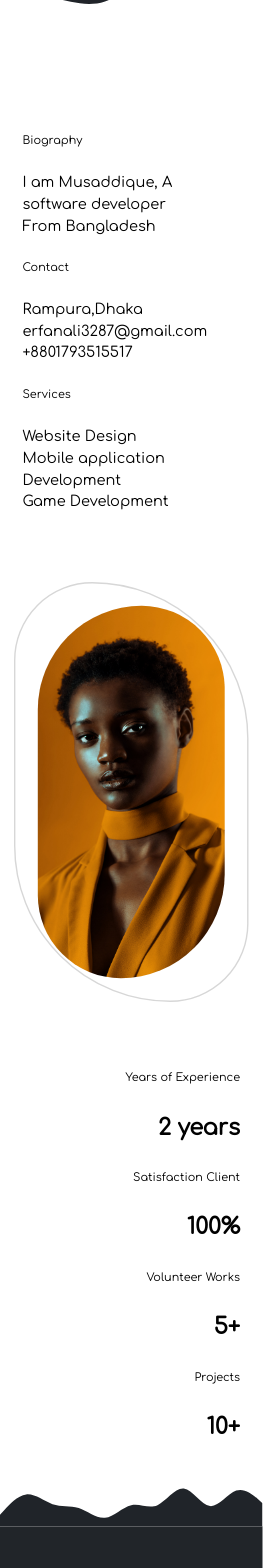
Repository: MMALI3287/Resume
Page: index.html
The author's editor kept a copy of each file at every save. The page is drawn from the files as they stood at one save, then again after a run of saves.
The browser window is 375 px wide. The pictures show the part of the page from y = 838 to 3078 px (the page is 11745 px tall before and 11811 px after), at 70% of full size.
Some web libraries are served in a nearby version.

Above is the page before, as saved 2023-07-16 02:53:06.

### index.html
<!DOCTYPE html>
<html lang="en">
  <head>
    <meta charset="UTF-8" />
    <meta name="viewport" content="width=device-width, initial-scale=1.0" />
    <link rel="stylesheet" href="css/bootstrap.css" />
    <link rel="stylesheet" href="css/style.css" />
    <title>Musaddique Ali - Web Development, Programmer </title>
  <link rel="stylesheet" href="css/style.css" />
  <script src="https://kit.fontawesome.com/03ffe29f8b.js" crossorigin="anonymous"></script>
  <!-- Google tag (gtag.js) -->
<script async src="https://www.googletagmanager.com/gtag/js?id=G-VLNF64TM34"></script>
<script>
  window.dataLayer = window.dataLayer || [];
  function gtag(){dataLayer.push(arguments);}
  gtag('js', new Date());

  gtag('config', 'G-VLNF64TM34');
</script>
  </head>
  <body>
    <div id="header">
      <nav class="navbar navbar-expand-lg position-fixed top-0 w-100">
        <div class="container-fluid">
          <a class="navbar-brand logo text-light" href="#">MrMMALI</a>
          <button
            class="navbar-toggler"
            type="button"
            data-bs-toggle="collapse"
            data-bs-target="#navbarNav"
            aria-controls="navbarNav"
            aria-expanded="false"
            aria-label="Toggle navigation"
          >
            <span class="navbar-toggler-icon"></span>
          </button>
          <div class="collapse navbar-collapse" id="navbarNav">
            <ul class="navbar-nav">
              <li class="nav-item">
                <a
                  class="nav-link active text-light"
                  aria-current="page"
                  href="#"
                  >Home</a
                >
              </li>
              <li class="nav-item">
                <a class="nav-link text-light" href="#portfolio">Portfolio</a>
              </li>
              <li class="nav-item">
                <a class="nav-link text-light" href="#expertise">Expertise</a>
              </li>
              <li class="nav-item">
                <a class="nav-link text-light" href="#about">About</a>
              </li>
              <li class="nav-item">
                <a class="nav-link text-light" href="#serv">Services</a>
              </li>
              <li class="nav-item">
                <a class="nav-link text-light" href="#projects">Projects</a>
              </li>
            </ul>
          </div>
        </div>
        <div class="git rounded-0" >
          <a class="cont" href="#contact">
            Get in touch
          </a>
        </div>
      </nav>
      <div class="land">
        <div class="header-text">
          <p class="mb-0 name">MUSADDIQUE ALI</p>
        </div>
        <div class="subheader">
          <p>Software Developer</p>
        </div>
        <div class="sub">
          <p>
            Hello, my name is MD Musaddique Ali Erfan, Nice to meet you <br />
            I would like to welcome you to my personal portfolio.
          </p>
        </div>
      </div>
    </div>
    <div class="abt">
    <svg xmlns="http://www.w3.org/2000/svg" viewBox="0 100 1440 320">
      <path
        fill="#202429"
        fill-opacity="1"
        d="M0,192L48,197.3C96,203,192,213,288,234.7C384,256,480,288,576,256C672,224,768,128,864,122.7C960,117,1056,203,1152,218.7C1248,235,1344,181,1392,154.7L1440,128L1440,0L1392,0C1344,0,1248,0,1152,0C1056,0,960,0,864,0C768,0,672,0,576,0C480,0,384,0,288,0C192,0,96,0,48,0L0,0Z"
      ></path>
    </svg>
    <div class="container" id="portfolio">
      <div class="row">
        <div class="col-md-3">
          <p class="biog">Biography</p>
          <p class="subtext">
            I am Musaddique, A software developer <br />
            From Bangladesh
          </p>
          <p>Contact</p>
          <p class="subtext">
            Rampura,Dhaka <br />erfanali3287@gmail.com <br />+8801793515517
          </p>
          <p>Services</p>
          <p class="subtext bot">
            Website Design <br />Mobile application Development <br />Game
            Development
          </p>
        </div>
        <div class="col-md-6 capbord">
          <div id="capsule"></div>
        </div>
        <div class="col-md-3">
          <p class="biog text-end">Years of Experience</p>
          <p class="subtext2 text-end">2 years</p>
          <p class="text-end">Satisfaction Client</p>
          <p class="subtext2 text-end">100%</p>
          <p class="text-end">Volunteer Works</p>
          <p class="subtext2 text-end">5+</p>
          <p class="text-end">Projects</p>
          <p class="subtext2 text-end">10+</p>
        </div>
      </div>
    </div>
    <svg xmlns="http://www.w3.org/2000/svg" viewBox="0 0 1440 320"><path fill="#202429" fill-opacity="1" d="M0,256L24,229.3C48,203,96,149,144,144C192,139,240,181,288,197.3C336,213,384,203,432,218.7C480,235,528,277,576,272C624,267,672,213,720,202.7C768,192,816,224,864,202.7C912,181,960,107,1008,112C1056,117,1104,203,1152,208C1200,213,1248,139,1296,122.7C1344,107,1392,149,1416,170.7L1440,192L1440,320L1416,320C1392,320,1344,320,1296,320C1248,320,1200,320,1152,320C1104,320,1056,320,1008,320C960,320,912,320,864,320C816,320,768,320,720,320C672,320,624,320,576,320C528,320,480,320,432,320C384,320,336,320,288,320C240,320,192,320,144,320C96,320,48,320,24,320L0,320Z"></path></svg>

    <div class="advantage bg-dark text-center" id="expertise">
      <div class="container">
        <div class="row">
          <p class="mexp">My Expertise</p>
        </div>
        <div class="row">
          <div class="col-md-2">
            <img
              src="assets/images/c-.png"
              height="100px"
              width="100px"
              alt="c++"
            />
            <br />
            <p class="text-light h1 mb-5 mt-5 fw-bold">91%</p>
            <p class="text-light h5 p-5">C++</p>
          </div>
          <div class="col-md-2">
            <img
              src="assets/images/android-icon.svg"
              height="100px"
              width="100px"
              alt="c++"
            /><br />
            <p class="text-light h1 mb-5 mt-5 fw-bold">84%</p>
            <p class="text-light h5 p-5">Android</p>
          </div>
          <div class="col-md-2">
            <img
              src="assets/images/flutterio-icon.svg"
              height="100px"
              width="100px"
              alt="c++"
            /><br />
            <p class="text-light h1 mb-5 mt-5 fw-bold">78%</p>
            <p class="text-light h5 p-5">Flutter</p>
          </div>
          <div class="col-md-2">
            <img
              src="assets/images/unity.png"
              height="100px"
              width="100px"
              alt="c++"
            /><br />
            <p class="text-light h1 mb-5 mt-5 fw-bold">76%</p>
            <p class="text-light h5 p-5">Unity</p>
          </div>
          <div class="col-md-2">
            <img
              src="assets/images/ADBE.svg"
              height="100px"
              width="100px"
              alt="c++"
            /><br />
            <p class="text-light h1 mb-5 mt-5 fw-bold">83%</p>
            <p class="text-light h5 p-5">Adobe</p>
          </div>
          <div class="col-md-2">
            <img
              src="https://upload.wikimedia.org/wikipedia/commons/0/0e/Microsoft_365_%282022%29.svg"
              height="100px"
              width="100px"
              alt="c++"
            /><br />
            <p class="text-light h1 mb-5 mt-5 fw-bold">94%</p>
            <p class="text-light h5 p-5">Office</p>
          </div>
        </div>
      </div>
    </div>
  </div>

    <svg xmlns="http://www.w3.org/2000/svg" viewBox="0 0 1440 320"><path fill="#202429" fill-opacity="1" d="M0,160L48,181.3C96,203,192,245,288,250.7C384,256,480,224,576,197.3C672,171,768,149,864,165.3C960,181,1056,235,1152,250.7C1248,267,1344,245,1392,234.7L1440,224L1440,0L1392,0C1344,0,1248,0,1152,0C1056,0,960,0,864,0C768,0,672,0,576,0C480,0,384,0,288,0C192,0,96,0,48,0L0,0Z"></path></svg>

    <!-- * about -->
  <div id="about">
    <div class="container">
      <div class="rowc">
        <div class="about-col-1">
          <img src="assets/images/capsule.jpg" alt="user" />
        </div>
        <div class="about-col-2">
          <h2 class="sub-title text-dark">About Me</h2>
          <p class="h5 fw-500">
            I am a software developer. I have been working as a software developer for 6 months. I have
            experience in web development, app development, and UI/UX design. I am a hardworking and
            dedicated person. I am always ready to learn new things.
          </p>
          <div class="tab-titles">
            <p class="tab-links active-link" onclick="opentab('skills')">Skills</p>
            <p class="tab-links" onclick="opentab('experience')"">Experience</p>
              <p class=" tab-links" onclick="opentab('education')"">Education</p>
            </div>
            <div class=" tab-contents active-tab" id="skills">
            <ul>
              <li><span>UI/UX</span><br />Designing Web/App Interface</li>
              <li><span>Web Development</span><br />Web app Development</li>
              <li>
                <span>App Development</span><br />Building Android/iOS apps
              </li>
            </ul>
          </div>
          <div class="tab-contents" id="experience">
            <ul>
              <li>
                <span>2022 - Current</span><br />Software Developer Intern at
                TETON Pvt ltd
              </li>
            </ul>
          </div>
          <div class="tab-contents" id="education">
            <ul>
              <li>
                <span>Current</span><br />BSc. from Ahsanullah University of
                Science and Technology
              </li>
              <li>
                <span>2020</span> <br />
                HSC from Saint Joseph Higher Secondary School and College
              </li>
              <li>
                <span>2018</span><br />SSC from Ideal School and College
              </li>
            </ul>
          </div>
        </div>
      </div>
    </div>
  </div>
  <svg xmlns="http://www.w3.org/2000/svg" id="serv" viewBox="0 0 1440 320"><path fill="#202429" fill-opacity="1" d="M0,224L24,202.7C48,181,96,139,144,138.7C192,139,240,181,288,197.3C336,213,384,203,432,218.7C480,235,528,277,576,282.7C624,288,672,256,720,224C768,192,816,160,864,160C912,160,960,192,1008,181.3C1056,171,1104,117,1152,122.7C1200,128,1248,192,1296,197.3C1344,203,1392,149,1416,122.7L1440,96L1440,320L1416,320C1392,320,1344,320,1296,320C1248,320,1200,320,1152,320C1104,320,1056,320,1008,320C960,320,912,320,864,320C816,320,768,320,720,320C672,320,624,320,576,320C528,320,480,320,432,320C384,320,336,320,288,320C240,320,192,320,144,320C96,320,48,320,24,320L0,320Z"></path></svg>


  <!-- * services -->
  <div id="services">
    <div class="container">
      <h2 class="sub-title">My Services</h2>
      <div class="services-list">
        <div>
          <i class="fa-solid fa-crop"></i>
          <h2>Game Development</h2>
          <p>
            Game Development is the art of creating captivating and immersive interactive experiences. It combines technical expertise, artistic creativity, and player psychology to craft unforgettable games.
          </p>
          <a href="https://www.freecodecamp.org/news/what-is-game-development/">Learn more</a>
        </div>
        <div>
          <i class="fa-solid fa-code"></i>
          <h2>Web Development</h2>
          <p>
            Web Development is the process of creating a website for the internet. It is a process of creating a website for the internet.
          </p>
          <a href="https://brainstation.io/career-guides/what-is-web-development">Learn more</a>
        </div>
        <div>
          <i class="fa-solid fa-mobile-screen"></i>
          <h2>App Development</h2>
          <p>
            App Development is the process of creating a mobile application for smartphones and tablets. It is a process of creating a mobile application for smartphones and tablets.
          </p>
          <a href="https://orases.com/what-is-app-development/">Learn more</a>
        </div>
      </div>
    </div>
  </div>
<svg xmlns="http://www.w3.org/2000/svg" id="projects" viewBox="0 0 1440 320"><path fill="#202429" fill-opacity="1" d="M0,256L24,234.7C48,213,96,171,144,170.7C192,171,240,213,288,224C336,235,384,213,432,213.3C480,213,528,235,576,224C624,213,672,171,720,149.3C768,128,816,128,864,122.7C912,117,960,107,1008,138.7C1056,171,1104,245,1152,261.3C1200,277,1248,235,1296,208C1344,181,1392,171,1416,165.3L1440,160L1440,0L1416,0C1392,0,1344,0,1296,0C1248,0,1200,0,1152,0C1104,0,1056,0,1008,0C960,0,912,0,864,0C816,0,768,0,720,0C672,0,624,0,576,0C528,0,480,0,432,0C384,0,336,0,288,0C240,0,192,0,144,0C96,0,48,0,24,0L0,0Z"></path></svg>

  <!-- -------------------portfolio------------------- -->
  <div id="portfolio">
    <div class="container">
      <h2 class="sub-title text-dark">My Latest Projects</h2>
      <div class="work-list">
        <div class="work">
          <div class="p-2 rounded-3 border bg-danger"><img src="assets/images/wordmaestro.jpg" height="250px" alt="UX"></div>
          <div class="layer">
            <p class="text-light h1">
              Word Maestro
            </p>
            <p class="text-light h5 mt-3">
              A puzzle game made with C++ for all ages
            </p>
            <a href="https://github.com/MMALI3287/Word-Maestro"><i class="fa-sharp fa-solid fa-up-right-from-square"></i></a>
          </div>
          <p class="h3 mt-4">Word Maestro</p>
          <p class="h6">Game Development with C++</p>
        </div>
        <div class="work">
          <div class="p-2 rounded-3 border bg-danger"><img src="assets/images/resortadmin.jpg"  height="250px"  alt="Web"></div>
          <div class="layer">
            <p class="text-light h1">
              Resort Administration
            </p>
            <p class="text-light h5 mt-3">
              A database application made with MySQL and Java in NetBeans to manage a resort
            </p>
            <a href="https://github.com/MMALI3287/Resort-Administration"><i class="fa-sharp fa-solid fa-up-right-from-square"></i></a>
          </div>
          <p class="h3 mt-4">Resort Administration</p>
          <p class="h6">Software Development with Java</p>
        </div>
        <div class="work">
          <div class="p-2 rounded-3 border bg-danger"> <img src="assets/images/reuse.png"  height="250px"  alt="App"></div>
          <div class="layer">
            <p class="text-light h1">
              ReUse
            </p>
            <p class="text-light h5 mt-3">
              An android application to donate unwanted items to the needy
            </p>
            <a href="https://github.com/MMALI3287/ReUse"><i class="fa-sharp fa-solid fa-up-right-from-square"></i></a>
          </div>
          <p class="h3 mt-4">ReUse</p>
          <p class="h6">Mobile Development with Android</p>
        </div>
      </div>
      <a href="https://github.com/MMALI3287?tab=repositories" class="btnc text-dark">See more</a>
    </div>
  </div>
  <svg xmlns="http://www.w3.org/2000/svg" viewBox="0 20 1440 300"><path fill="#202429" fill-opacity="1" d="M0,128L48,160C96,192,192,256,288,272C384,288,480,256,576,250.7C672,245,768,267,864,240C960,213,1056,139,1152,133.3C1248,128,1344,192,1392,224L1440,256L1440,320L1392,320C1344,320,1248,320,1152,320C1056,320,960,320,864,320C768,320,672,320,576,320C480,320,384,320,288,320C192,320,96,320,48,320L0,320Z"></path></svg>
  <!-- -------------------contact------------------- -->
  <div id="contact">
    <div class="container">
      <div class="row">
        <div class="contact-left">
          <h2 class="sub-title">
            Contact Me
          </h2>
          <p class="text-light"><i class="fa-solid fa-envelope"></i> erfanali3287@gmail.com</p>
          <p class="text-light"><i class="fa-solid fa-phone"></i> +880 1793 515 517</p>
          <p class="text-light"><i class="fa-solid fa-location-dot"></i> Dhaka, Bangladesh</p>
          <div class="social-icons">
            <a href="https://www.facebook.com/musaddique.mmali/"><i class="fa-brands fa-facebook"></i></a>
            <a href="https://twitter.com/MusaddiqueMMALI/"><i class="fa-brands fa-twitter"></i></a>
            <a href="https://www.instagram.com/mdmusaddiquealierfan/"><i class="fa-brands fa-instagram"></i></a>
            <a href="https://www.linkedin.com/in/musaddique-ali/"><i class="fa-brands fa-linkedin"></i></a>
            <a href="https://github.com/MMALI3287/"><i class="fa-brands fa-github"></i></a>
          </div>
          <a href="images/resume.pdf" download class="btnc btn2">Download Resume</a>
        </div>
        <div class="contact-right">
          <form name="submit-to-google-sheet">
            <input type="text" name="Name" placeholder="Your Name" required>
            <input type="email" name="E-Mail" placeholder="Your Email" required>
            <textarea name="Message" rows="6" placeholder="Your Message"></textarea>
            <button type="submit" class="btnc btn2">Send</button>
          </form>
          <span id="msg"></span>
        </div>
      </div>
    </div>
      <div class="copyright">
        <p>Copyright © Musaddique Ali. Thank you for visiting <i class="fas fa-heart"></i></p>
      </div>
    </div>

    <script src="js/bootstrap.js"></script>
    <script src="js/index.js"></script>
  </body>
</html>

### css/style.css
@import url("https://fonts.googleapis.com/css2?family=Vollkorn:ital,wght@1,500&display=swap");
@import url("https://fonts.googleapis.com/css2?family=Comfortaa&family=Vollkorn:ital,wght@1,500&display=swap");

* {
  margin: 0;
  padding: 0;
  box-sizing: border-box;
}

.navbar {
  background-color: #00000082;
}

html {
  scroll-behavior: smooth;
}

body {
  color: #fff;
  font-family: "Comfortaa", cursive;
}

.logo {
  font-size: 2rem;
  margin: 0 5rem 0 4rem;
}
.git {
  font-size: 1.5rem;
  margin: 0.5rem 3rem;
  width: 15rem;
  height: 4rem;
  background: transparent;
  color: white;
  border: 1px solid white;
  display: flex;
  justify-content: center;
  align-items: center;
}

.git:hover {
  background: white;
}

.cont:hover {
  color: black;
}

.cont {
  text-decoration: none;
  color: white;
}

#header {
  font-size: 1.5rem;
  width: 100%;
  height: 100vh;
  background: url(../assets/images/landingback.jpg) no-repeat;
  background-size: cover;
  background-position: center;
  background-position: center;
  position: absolute;
  top: 0;
}

.abt {
  margin-top: 100vh;
}

.header-text {
  font-family: "Vollkorn", serif;
  line-height: 7rem;
  margin-top: 25%;
  font-size: 8rem;
  font-weight: 700;
}
.subheader {
  font-family: "Vollkorn", serif;
  font-size: 5rem;
}
.sub {
  font-size: 1.5rem;
  color: rgb(113, 113, 113);
  font-weight: 400;
}
.land {
  padding: 0 4rem;
}

.container {
  color: black;
  padding-top: 3rem;
}

nav ul li {
  display: inline-block;
  list-style: none;
  margin: 10px 20px;
  flex-wrap: wrap;
  justify-content: center;
}

nav ul li a {
  text-decoration: none;
  color: #fff;
  font-size: 18px;
  font-weight: 500;
  position: relative;
}

nav ul li a::after {
  content: "";
  display: block;
  width: 0;
  height: 3px;
  background: #ff004f;
  transition: 0.5s;
  position: absolute;
  bottom: -6px;
  left: 0;
}

nav ul li a:hover::after {
  width: 100%;
}

#capsule {
  width: 100%;
  height: 100%;
  background: url(../assets/images/capsule.jpg) no-repeat;
  background-size: cover;
  background-position: center;
  border-radius: 250px 200px;
  padding: 2rem;
}

.biog {
  margin-top: 6rem;
}

.subtext {
  margin: 2rem 0;
  font-size: 1.3rem;
  font-weight: 500;
}

.bot {
  margin-bottom: 6.2rem;
}

.subtext2 {
  margin: 2.2rem 0;
  font-size: 2rem;
  font-weight: 700;
}

.capbord {
  border: 2px solid rgb(215, 215, 215);
  border-radius: 200px 400px;
  padding: 2rem;
}

.advantage {
  padding: 6rem;
  padding-top: 10rem;
  color: azure;
}

.mexp {
  color: azure;
  font-size: 3.5rem;
  font-weight: 500;
  margin-bottom: 10rem;
  justify-content: center;
  display: flex;
}

/* * about */
#about {
  padding: 80px 0;
  color: #ababab;
}

.rowc {
  margin-top: 8rem;
  display: flex;
  justify-content: space-between;
  align-items: center;
  flex-wrap: wrap;
}

.about-col-1 {
  flex-basis: 35%;
}

.about-col-1 img {
  width: 100%;
  border-radius: 15px;
}

.about-col-2 {
  flex-basis: 60%;
}

.sub-title {
  font-size: 60px;
  font-weight: 600;
  color: #fff;
}

.tab-titles {
  display: flex;
  align-items: center;
  margin: 20px 0 40px;
}

.tab-links {
  margin-right: 50px;
  display: flex;
  justify-content: space-between;
  align-items: center;
  flex-wrap: wrap;
  font-size: 1.3rem;
  font-weight: 500;
  cursor: pointer;
  position: relative;
}

.tab-links::after {
  content: "";
  display: block;
  width: 0;
  height: 3px;
  background: #ff004f;
  transition: 0.5s;
  position: absolute;
  bottom: -8px;
  left: 0;
}

.tab-links.active-link::after {
  width: 50%;
}

.tab-contents ul li {
  list-style: none;
  margin: 10px 0;
  flex-wrap: wrap;
  justify-content: center;
  font-size: 1.1rem;
}

.tab-contents ul li span {
  color: #b83d64;
  font-size: 1.5rem;
  font-weight: 600;
}

.tab-contents {
  display: none;
}

.tab-contents.active-tab {
  display: block;
}

/* * services */
#services {
  padding: 30px 0;
  background-color: #202429;
}

.services-list {
  display: grid;
  grid-template-columns: repeat(auto-fit, minmax(250px, 1fr));
  grid-gap: 40px;
  margin-top: 50px;
}

.services-list div {
  background: #060606;
  color: #fff;
  padding: 40px;
  font-size: 13px;
  font-weight: 300;
  border-radius: 10px;
  transition: background 0.5s, transform 0.5s;
}

.services-list div i {
  color: #fff;
  font-size: 50px;
  margin-bottom: 30px;
}

.services-list div h2 {
  color: #fff;
  font-size: 30px;
  font-weight: 500;
  margin-bottom: 15px;
}

.services-list div a {
  text-decoration: none;
  color: #fff;
  font-size: 12px;
  margin-top: 20px;
  display: inline-block;
}

.services-list div:hover {
  background: #ff004f;
  transform: translateY(-10px);
}

/* * portfolio */
#portfolio {
  justify-content: center;
  margin-top: 3rem;
}

.work-list {
  display: grid;
  grid-template-columns: repeat(auto-fit, minmax(250px, 1fr));
  grid-gap: 40px;
  margin-top: 50px;
}

.work {
  border-radius: 10px;
  position: relative;
  overflow: hidden;
}

.work img {
  width: 100%;
  border-radius: 10px;
  display: block;
  transition: transform 0.5s;
}

.layer {
  width: 100%;
  height: 0;
  background: linear-gradient(rgba(0, 0, 0, 0.6), #ff004f);
  border-radius: 10px;
  position: absolute;
  left: 0;
  bottom: 0;
  overflow: hidden;
  display: flex;
  align-items: center;
  justify-content: center;
  flex-direction: column;
  padding: 0 40px;
  text-align: center;
  font-size: 14px;
  transition: height 0.5s;
}

.layer h3 {
  font-weight: 500;
  margin-bottom: 20px;
}

.layer a {
  text-decoration: none;
  color: #ff004f;
  font-size: 18px;
  line-height: 60px;
  margin-top: 20px;
  background: #fff;
  width: 60px;
  height: 60px;
  border-radius: 50%;
  text-align: center;
}

.work:hover img {
  transform: scale(1.1);
}

.work:hover .layer {
  height: 100%;
}

.btnc {
  display: block;
  margin: 50px auto;
  width: fit-content;
  border: 1px solid #ff004f;
  padding: 14px 50px;
  border-radius: 10px;
  text-decoration: none;
  color: #fff;
  transition: background 0.5s;
  font-size: 1.5rem;
  font-weight: 500;
}

.btnc:hover {
  background: #ff004f;
}

/* * contact */

#contact {
  background-color: #202429;
}

.contact-left {
  flex-basis: 35%;
}
.contact-right {
  flex-basis: 60%;
}

.contact-left p {
  margin-top: 30px;
}

.contact-left p i {
  color: #ff004f;
  margin-right: 15px;
  font-size: 25px;
}

.social-icons {
  margin-top: 30px;
}

.social-icons a {
  text-decoration: none;
  display: inline-block;
  font-size: 30px;
  color: #ababab;
  border-radius: 50%;
  margin-right: 15px;
  transition: background 0.5s;
}
.social-icons a:hover {
  color: #ff004f;
  background: #fff;
  height: 40px;
  width: 45px;
  line-height: 40px;
  text-align: center;
  font-size: 35px;
  transform: translateY(-5px);
}
.btnc.btn2 {
  display: inline-block;
  background: #ff004f;
  color: #fff;
  border: 1px solid #ff004f;
  margin-top: 30px;
  padding: 14px 50px;
  border-radius: 10px;
  text-decoration: none;
  transition: background 0.5s;
}

.contact-right form {
  width: 100%;
}

form input,
form textarea {
  width: 100%;
  padding: 15px 20px;
  margin: 15px 0;
  outline: none;
  border: 0;
  border-radius: 10px;
  font-size: 18px;
  color: #fff;
  background: #060606;
}

form .btn2 {
  padding: 14px 60px;
  font-size: 18px;
  margin-top: 20px;
  cursor: pointer;
}

.copyright {
  width: 100%;
  text-align: center;
  padding: 25px 0;
  background: #060606;
  font-weight: 300;
  margin-top: 20px;
}

.copyright i {
  color: #ff004f;
  font-size: 20px;
}

nav .fas {
  display: none;
}

#msg {
  color: #61b752;
  margin-top: -40px;
  display: block;
  font-size: 16px;
  font-weight: 500;
  text-align: center;
}

/* ------------------------------- css for small screens ------------------------------ */

@media only screen and (max-width: 600px) {
  #header {
    background-image: url(../assets/images/bg-mobile.jpg);
  }

  .name {
    font-size: 2rem;
  }

  .subheader {
    font-size: 1.5rem;
  }

  .sub {
    font-size: 1rem;
    color: white;
  }

  #portfolio {
    padding: 0 2rem;
  }

  .capbord {
    height: 600px;
  }

  .logo {
    margin-left: 1rem;
  }

  .git {
    visibility: hidden;
  }

  .header-text {
    margin-top: 100%;
    font-size: 16px;
  }
  .header-text h1 {
    font-size: 30px;
  }

  h2 {
    font-size: 25px;
  }

  nav .fas {
    display: block;
    font-size: 25px;
  }
  nav ul li {
    display: block;
    margin: 25px;
  }
  nav ul .fas {
    position: absolute;
    top: 25px;
    left: 25px;
    cursor: pointer;
  }
  .sub-title {
    font-size: 40px;
  }
  .about-col-1,
  .about-col-2 {
    flex-basis: 100%;
  }
  .about-col-1 {
    margin-bottom: 30px;
  }
  .about-col-2 {
    font-size: 14px;
  }
  .tab-links {
    font-size: 16px;
    margin-right: 20px;
  }
  .contact-left,
  .contact-right {
    flex-basis: 100%;
  }
  .copyright {
    font-size: 14px;
  }
  form .btn2 {
    padding: 14px 40px;
    width: 100%;
  }
}

### js/index.js
let tablinks = document.getElementsByClassName("tab-links");
let tabcontents = document.getElementsByClassName("tab-contents");
function opentab(tabname) {
  for (let tablink of tablinks) tablink.classList.remove("active-link");
  for (let tabcontent of tabcontents) tabcontent.classList.remove("active-tab");
  event.currentTarget.classList.add("active-link");
  document.getElementById(tabname).classList.add("active-tab");
}

let sidemenu = document.getElementById("sidemenu");
function openmenu() {
  sidemenu.style.right = "0";
}
function closemenu() {
  sidemenu.style.right = "-200px";
}

const scriptURL =
  "https://script.google.com/macros/s/AKfycbweIFA406kLCn8JOrIW-5p-dtJ7j9e8FbQg1LLUW5Mk5p9cZg4kpXwc1kParYo2nA4j/exec";
const form = document.forms["submit-to-google-sheet"];
const msg = document.getElementById("msg");

form.addEventListener("submit", (e) => {
  e.preventDefault();
  fetch(scriptURL, { method: "POST", body: new FormData(form) })
    .then((response) => {
      msg.innerHTML =
        "Message sent successfully. Thank you for contacting me. I will get back to you soon.";
      setTimeout(function () {
        msg.innerHTML = "";
      }, 5000);
      form.reset();
    })
    .catch((error) => console.error("Error!", error.message));
});

Loaded but not shown: css/bootstrap.css (library); js/bootstrap.js (library)

After the next 2 saves:
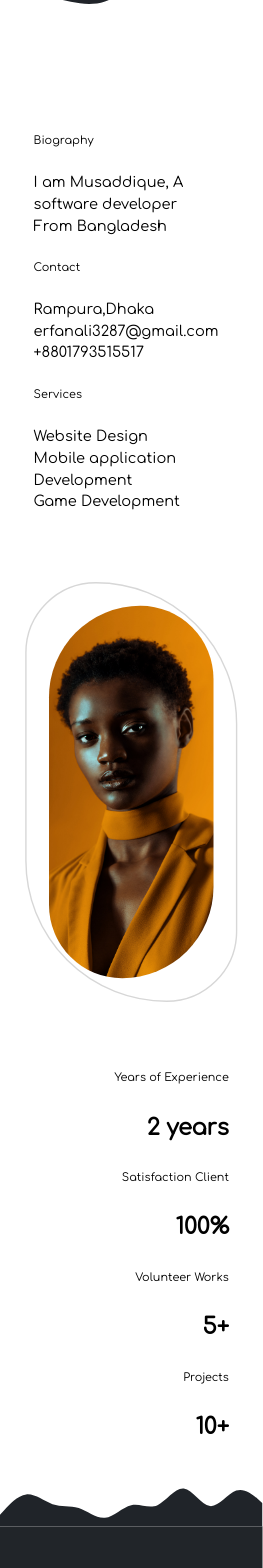
The 2 saves are shown as one change because they came seconds apart.
The last was saved 24 s later.
--- a/css/style.css
+++ b/css/style.css
@@ -531,7 +531,7 @@
   }
 
   #portfolio {
-    padding: 0 2rem;
+    padding: 0 3rem;
   }
 
   .capbord {
